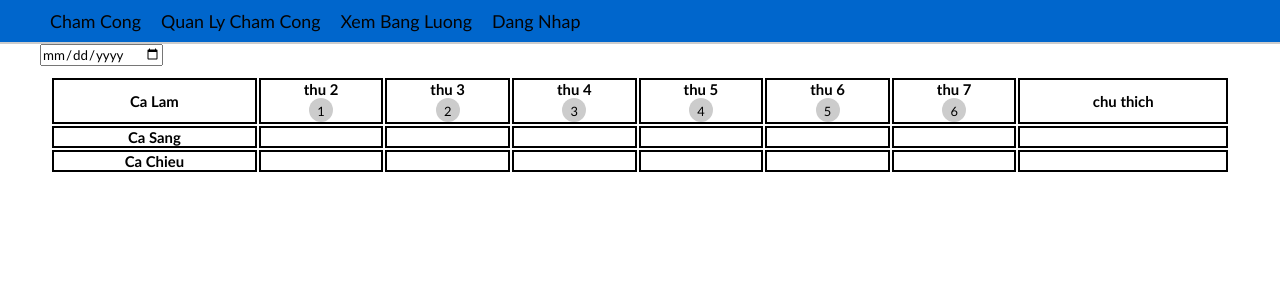
Repository: LDDUNG2003/a
Page: index.html
An editor plug-in stored every save of this project. The page is shown before and after the next save, followed by the edit.
The browser window is 1280 px wide. The pictures show the whole page.

Above is the page before, as saved 2023-10-14 20:29:22.

### index.html
<!DOCTYPE html>
<html lang="en">

<head>
    <meta charset="UTF-8">
    <meta name="viewport" content="width=device-width, initial-scale=1.0">
    <title>trang chu</title>
    <link rel="stylesheet" href="./controlView/css/base.css">
    <link rel="stylesheet" href="./controlView/css/index.css">
</head>

<body>
    <div class="main">
        <!-- start header -->
        <header class="app__header">
            <nav class="navBar">
                <ul class="navBar-list">
                    <li class="navBar--items"><a href="" class="navbar--link">Cham cong</a></li>
                    <li class="navBar--items"><a href="" class="navbar--link">Quan ly cham cong</a></li>
                    <li class="navBar--items">
                        <a href="" class="navbar--link">Xem bang luong</a></li>
                    <!-- login  -->
                    <li class="navBar--items">
                        <a href="./login.html" class="navbar--link">dang nhap</a></li>
                    <!-- admin menu -->
                    <!-- <li class="navBar--items">
                        admin
                        <ul class="account-list">
                            <li class="account--item"><a href="" class="navbar--link">admin</a></li>
                            <li class="account--item"><a href="" class="navbar--link">quan li nhan su</a></li>
                            <li class="account--item"><a href="" class="navbar--link">dang xuat</a></li>
                        </ul>
                    </li> -->
                    <!-- personnel menu -->
                    <!-- <li class="navBar--items">
                        account name
                        <ul class="account-list">
                            <li class="account--item"><a href="" class="navbar--link">cai dat tai khoan</a></li>
                            <li class="account--item"><a href="" class="navbar--link">dang ki ca lam</a></li>
                            <li class="account--item"><a href="" class="navbar--link">dang xuat</a></li>
                        </ul>
                    </li> -->
                </ul>
            </nav>
        </header>
        <!-- end header -->

        <!-- start content -->
        <div class="app__content">
            <div class="content-date--show">
                <div class="date-show">
                    <input type="date" name="" id="">
                </div>
            </div>
            <table class="content-table">
                <tr class="table--row">
                    <th class="table--item-impotain">Ca Lam</th>
                    <th class="table--item">thu 2
                        <span class="table-date--item">1</span>
                    </th>
                    <th class="table--item">thu 3
                        <span class="table-date--item">2</span>
                    </th>
                    <th class="table--item">thu 4
                        <span class="table-date--item">3</span>
                    </th>
                    <th class="table--item">thu 5
                        <span class="table-date--item">4</span>
                    </th>
                    <th class="table--item">thu 6
                        <span class="table-date--item">5</span>
                    </th>
                    <th class="table--item">thu 7
                        <span class="table-date--item">6</span>
                    </th>
                    <th class="table--item">chu thich</th>
                </tr>
                <tr class="table--row">
                    <th class="table--item-impotain">Ca sang</th>
                    <th class="table--item"></th>
                    <th class="table--item"></th>
                    <th class="table--item"></th>
                    <th class="table--item"></th>
                    <th class="table--item"></th>
                    <th class="table--item"></th>
                    <th class="table--item"></th>
                </tr>
                <tr class="table--row">
                    <th class="table--item-impotain">Ca chieu</th>
                    <th class="table--item"></th>
                    <th class="table--item"></th>
                    <th class="table--item"></th>
                    <th class="table--item"></th>
                    <th class="table--item"></th>
                    <th class="table--item"></th>
                    <th class="table--item"></th>
                </tr>
            </table>
        </div>
        <!-- end content -->
    </div>
</body>

</html>

### controlView/css/base.css
:root {
    --primary-color: #0066cc;
    --text-color: #040404;
}

* {
    padding: 0px;
    margin: 0px;
    font-family: 'Trebuchet MS', 'Lucida Sans Unicode', 'Lucida Grande', 'Lucida Sans', Arial, sans-serif;
}

html,
body {
    font-size: 0.62rem;
}

.main {}

.app__header {
    color: #fff;
    width: 100%;
    border-bottom: solid 2px #ccc;
    background-color: var(--primary-color);
}

.navBar {
    width: 100%;
    max-width: 1200px;
    margin: auto;
    cursor: pointer;
}

.navBar-list {
    display: flex;
    color: #fff;
    list-style: none;
}

.navBar--items {
    padding: 10px 10px;
    font-size: 1.8rem;
    position: relative;
    text-transform: capitalize;
    color: var(--text-color);
}

.navBar--items::after {
    content: '';
    padding-top: 5px;
    top: 80%;
    left: 10px;
    display: none;
    /* width: 0px; */
    background-color: var(--primary-color);
    position: absolute;
    width: 70px;
}

.navBar--items:hover .navBar--items::after {
    display: block;
}

.navbar--link {
    text-decoration: none;
    color: inherit;
}

.account-list {
    position: absolute;
    width: 150px;
    display: none;
    list-style: none;
    padding: 4px;
    color: var(--text-color);
    top: 100%;
    left: 0px;
    box-shadow: #414141;
    background-color: white;
}

.navBar--items:hover .account-list {
    display: block;
}

.account--item {
    padding: 5px 0px;
    border-bottom: solid 1px #ccc;
}

### controlView/css/index.css
.app__content {
    width: 100%;
    max-width: 1200px;
    margin: auto;
}

.content-table {
    padding: 10px;
    width: 100%;
    font-size: 1.5rem;
}

.table--row {}

.table--item {
    border: solid 2px #000;
    align-items: center;
}

.table--item-impotain {
    border: solid 2px #000;
    text-transform: capitalize;
}

.table-date--item {
    display: block;
    font-weight: 300;
    background-color: #ccc;
    font-size: 1.3rem;
    width: 14px;
    height: 14px;
    padding: 5px;
    border-radius: 50%;
    margin: auto;
}

After the next save:
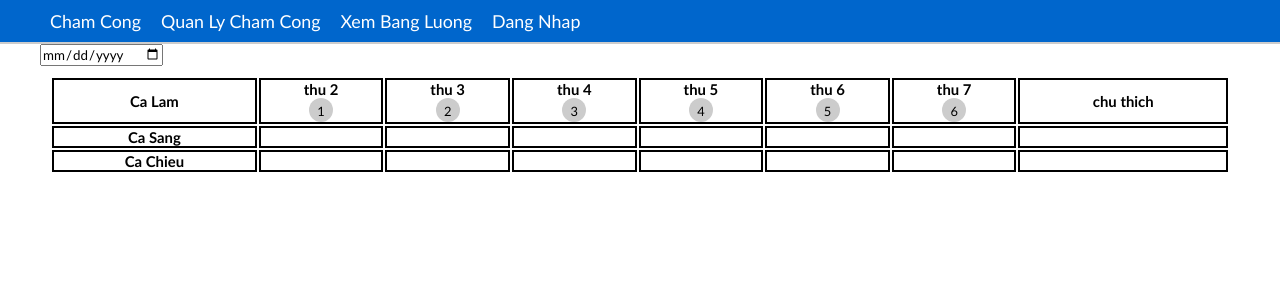
Saved 10 s later.
--- a/controlView/css/base.css
+++ b/controlView/css/base.css
@@ -32,7 +32,6 @@ body {
 
 .navBar-list {
     display: flex;
-    color: #fff;
     list-style: none;
 }
 
@@ -41,7 +40,7 @@ body {
     font-size: 1.8rem;
     position: relative;
     text-transform: capitalize;
-    color: var(--text-color);
+    color: #fff;
 }
 
 .navBar--items::after {
